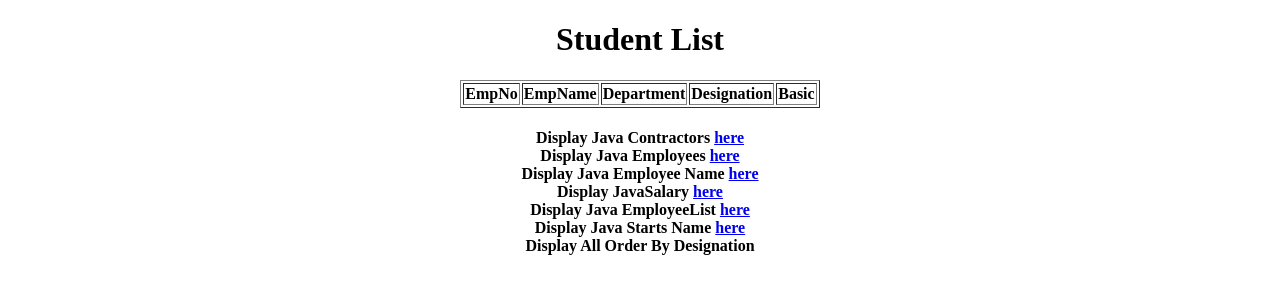
Repository: anisha-r/Sts
Page: http://localhost/AdvSpringData/WEB-INF/views/home.jsp
These files come from the project's save history. The page is drawn as it stood at one moment and after the next save; the edit follows.
The browser window is 1280 px wide. The pictures show the whole page.
The page is served by Tomcat 9. Nobody is signed in. The template is opened directly, without the code that normally fills it, so the values that code supplies are empty.

Above is the page before, as saved 2019-10-16 04:24:22.

After the next save:
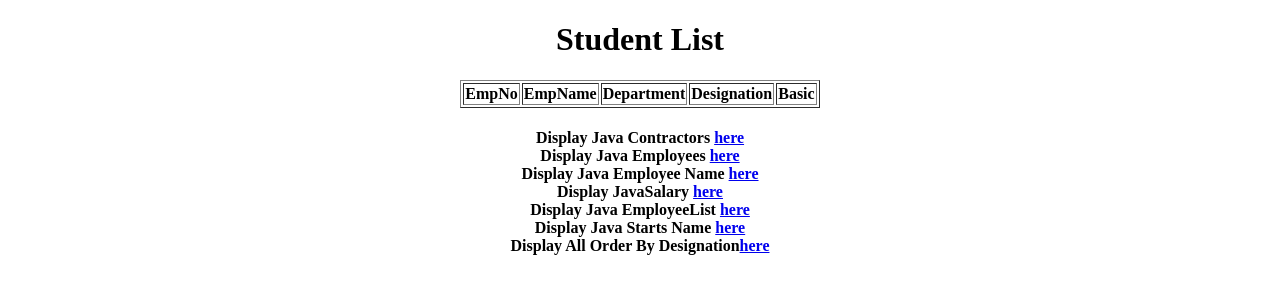
Saved 11 min 40 s later.
--- a/AdvSpringData/src/main/webapp/WEB-INF/views/home.jsp
+++ b/AdvSpringData/src/main/webapp/WEB-INF/views/home.jsp
@@ -39,7 +39,7 @@
 		Display JavaSalary <a href="/displayjavasalary">here</a><br/>
 	   Display Java EmployeeList <a href="/displayjavaEmployeeList">here</a><br/>
 	Display Java Starts Name <a href="/displayjavaEmployee">here</a><br/>
-			   Display All Order By Designation<a href="/displayAllSortByDesig"></a></br>
+	Display All Order By Designation<a href="/displayAllSortByDesig">here</a>
 		</h4>
 	</div>
 </body>
